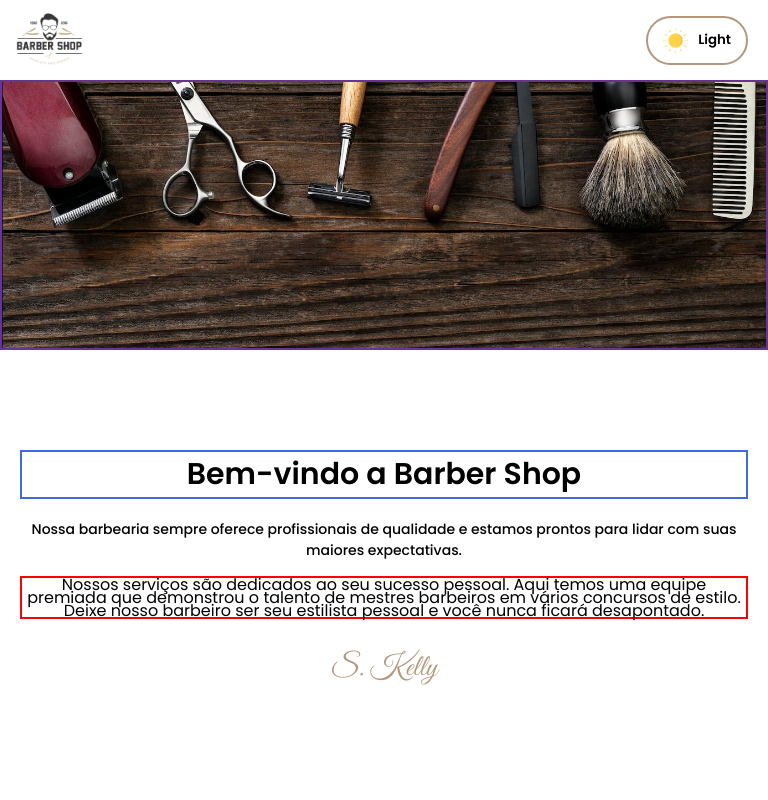
Repository: Daniells642/LandingPage-React
Page: /
These files come from the project's save history. The page is drawn as it stood at one moment and after the next save; the edit follows.
The browser window is 768 px wide. The pictures show the whole page.
The project was rebuilt for these pictures with package versions that can differ from the ones it lists, and the page was loaded fresh each time.

Above is the page before, as saved 2022-11-05 00:42:22.

### public/index.html
<!DOCTYPE html>
<html lang="en">
  <head>
    <meta charset="utf-8" />
    <link rel="icon" href="assets/barbearia-logo.png" />
    <meta name="viewport" content="width=device-width, initial-scale=1" />
    <meta name="theme-color" content="#000000" />
    <meta
      name="description"
      content="Web site created using create-react-app"
    />
    <link rel="apple-touch-icon" href="%PUBLIC_URL%/logo192.png" />
    <!--
      manifest.json provides metadata used when your web app is installed on a
      user's mobile device or desktop. See https://developers.google.com/web/fundamentals/web-app-manifest/
    -->
    <link rel="manifest" href="%PUBLIC_URL%/manifest.json" />
    <!--
      Notice the use of %PUBLIC_URL% in the tags above.
      It will be replaced with the URL of the `public` folder during the build.
      Only files inside the `public` folder can be referenced from the HTML.

      Unlike "/favicon.ico" or "favicon.ico", "%PUBLIC_URL%/favicon.ico" will
      work correctly both with client-side routing and a non-root public URL.
      Learn how to configure a non-root public URL by running `npm run build`.
    -->

    <link rel="preconnect" href="https://fonts.googleapis.com">
    <link rel="preconnect" href="https://fonts.gstatic.com" crossorigin>
    <link href="https://fonts.googleapis.com/css2?family=Poppins:wght@400;500;600&display=swap" rel="stylesheet">
    <link href="https://fonts.googleapis.com/css2?family=Great+Vibes&display=swap" rel="stylesheet">
    <title>Barberia</title>
  </head>
  <body>
    <noscript>You need to enable JavaScript to run this app.</noscript>
    <div id="root"></div>
    <!--
      This HTML file is a template.
      If you open it directly in the browser, you will see an empty page.

      You can add webfonts, meta tags, or analytics to this file.
      The build step will place the bundled scripts into the <body> tag.

      To begin the development, run `npm start` or `yarn start`.
      To create a production bundle, use `npm run build` or `yarn build`.
    -->
  </body>
</html>

### src/App.js
import Barbearia from "./LandingPage";
import './App.css';


function App() {
  return (
    <div>
      <Barbearia/>
    </div>
  );
}

export default App;

### src/LandingPage/index.js
import './style.css';
import React, { useState } from 'react';

export default function Barbearia() {
  const lightMode = "modo-claro";
  const darkMode = "modo-escuro";

  const [estiloAtualizado, setEstiloAtualizado] = useState(true);

  const alterarCor = () => {
    setEstiloAtualizado(!estiloAtualizado);
  };


  return (
    <div className={estiloAtualizado ? lightMode : darkMode}>

        <header>
          <div className='limitar-secao secao-topo'>
            <img className='logo' src="../../assets/barbearia-logo.png" alt="logo-barbearia" title="logo da barbearia"/>

            <button className={estiloAtualizado ? lightMode : darkMode} onClick={alterarCor}>
              <img className="btn-icone" src={estiloAtualizado ? 'assets/sun.png' : 'assets/moon.png'} alt="alternar-modo" title="alternar-modo"/>
              {estiloAtualizado ? `Light` : `Dark`}
            </button>
          </div>
        </header>

        <section id="secao-banner" className='limitar-secao'></section>

        <section id="secao-texto" className='limitar-secao secao-texto'>
            <div className='limitar-secao'>
              <h1>Bem-vindo a Barber Shop</h1>
              <p className='primeiro-paragrafo'>Nossa barbearia sempre oferece profissionais de qualidade e estamos prontos para lidar com suas maiores expectativas.</p>
              <p className='segundo-paragrafo'>Nossos serviços são dedicados ao seu sucesso pessoal. Aqui temos uma equipe premiada que demonstrou o talento de mestres barbeiros em vários concursos de estilo. Deixe nosso barbeiro ser seu estilista pessoal e você nunca ficará desapontado.</p>
              <p className='assinatura'>S. Kelly</p>
            </div>
        </section>
    </div>
  )
}

### src/App.css
* {
  margin: 0;
  padding: 0;
  box-sizing: border-box;
  font-family: 'Poppins', sans-serif;
}

.limitar-secao {
  max-width: 1024px;
  width: 100%;
  margin: 0 auto;
}

### src/LandingPage/style.css
.modo-claro {
    background-color: #fff;
    color: #000;
}
.modo-escuro {
  background-color: #252323;
  color: #fff;
}

header {
    display: flex;
}

.secao-topo {
    height: 10vh;
    padding-right: 20px;
    display: flex;
    justify-content: space-between;
    align-items: center;
}

.logo {
    width: auto;
    height: 100px;
}

header button {
    display: flex;
    align-items: center;
    border: 2px solid #B2987D;
    font-weight: 600;
    border-radius: 25px;
    padding: 10px 15px;
    cursor: pointer;
  }

  .btn-icone {
    width: 25px;
    height: 25px;
    margin-right: 10px;
  }

#secao-banner {
    display: flex;
    background-image: url('../../public/assets/banner-barbearia.jpg');
    background-repeat: no-repeat;
    background-size: cover;
    background-position: center center;
    height: 341px;
  }

.secao-texto {
    height: auto;
    display: flex;
    align-items: center;
}

.secao-texto div{
    padding: 100px 20px;
    display: flex;
    flex-direction: column;
    text-align: center;
  }

  .secao-texto h1 {
    font-size: 40px;
    margin-bottom: 30px;
  }

.primeiro-paragrafo {
  font-size: 18px;
  font-weight: 600;
  margin-bottom: 20px;
}

.segundo-paragrafo {
  line-height: 26px;
  margin-bottom: 60px;
}

.assinatura {
  font-family: 'Great Vibes', cursive;
  font-weight: 500;
  font-size: 50px;
  color: #B2987D;
}

@media (max-width: 768px) {
  #secao-banner {height: 270px; border: 2px solid rebeccapurple;}
  .secao-texto h1 {font-size: 30px; margin-bottom: 20px; border: 2px solid royalblue;}
  .primeiro-paragrafo {
    font-size: 14px;
    font-weight: 450;
    margin-bottom: 15px;

  }
  .segundo-paragrafo {
    line-height: 13px;
    margin-bottom: 30px;
    border: 2px solid red;
  }
.assinatura {
  font-family: 'Great Vibes', cursive;
  font-weight: 400;
  font-size: 30px;
  color: #B2987D;
}
}

@media (max-width: 425px) {
  .secao-texto div{
    padding: 50px 10px;
    display: flex;
    flex-direction: column;
    text-align: center;
  }


  .primeiro-paragrafo {
    font-size: 9px;
    font-weight: 300;
    margin-bottom: 10px;
  }
  .segundo-paragrafo {
    line-height: 13px;
    margin-bottom: 30px;
  }
.assinatura {
  font-family: 'Great Vibes', cursive;
  font-weight: 250;
  font-size: 250px;
  color: #B2987D;
  border: 4px solid green;
}

}

Loaded but not shown: src/index.js (common file)

After the next save:
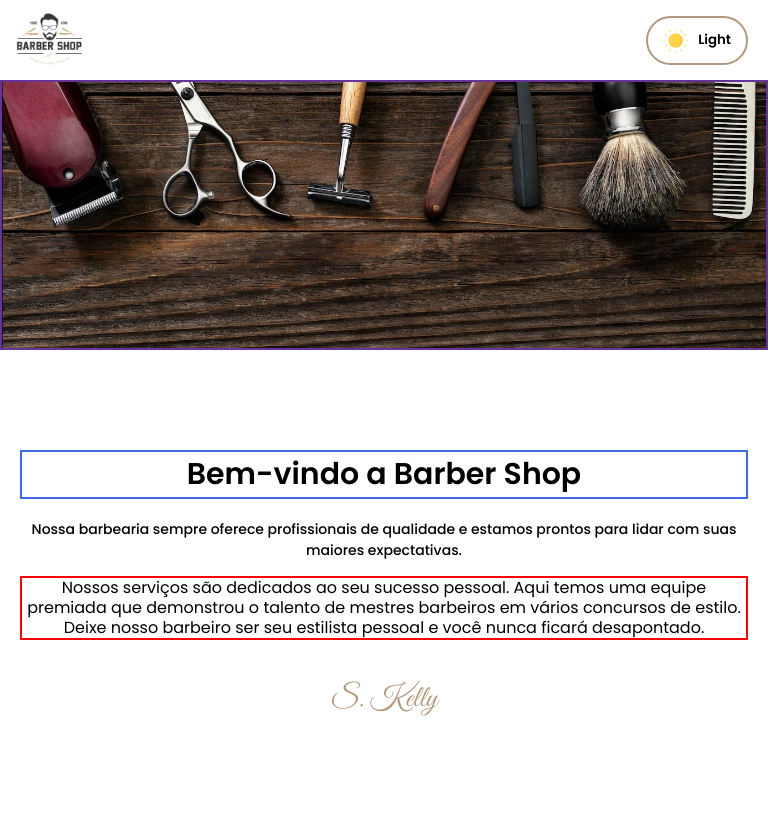
Saved 17 s later.
--- a/src/LandingPage/style.css
+++ b/src/LandingPage/style.css
@@ -95,8 +95,8 @@
 
   }
   .segundo-paragrafo {
-    line-height: 13px;
-    margin-bottom: 30px;
+    line-height: 20px;
+    margin-bottom: 40px;
     border: 2px solid red;
   }
 .assinatura {
